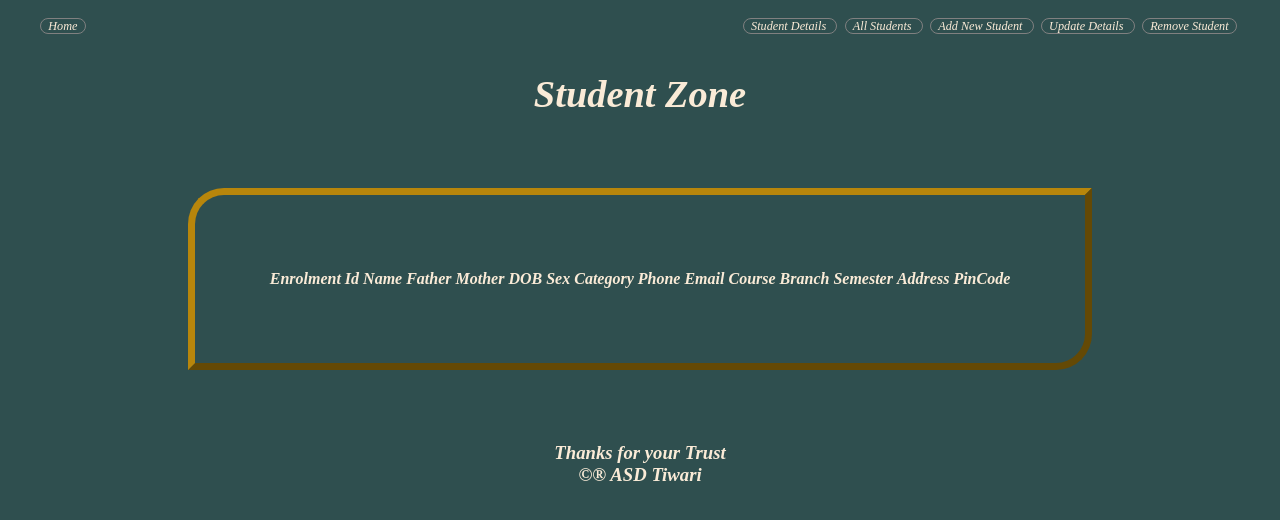
Repository: asdtiwari/Practice
Page: http://localhost/showAllInfo
The author's editor kept a copy of each file at every save. The page is drawn from the files as they stood at one save, then again after the next save.
The browser window is 1280 px wide. The pictures show the whole page.
The page is this project's Thymeleaf template; nobody is signed in. The template is opened directly, without the code that normally fills it, so the values that code supplies are empty.

Above is the page before, as saved 2023-11-17 03:17:38.

After the next save:
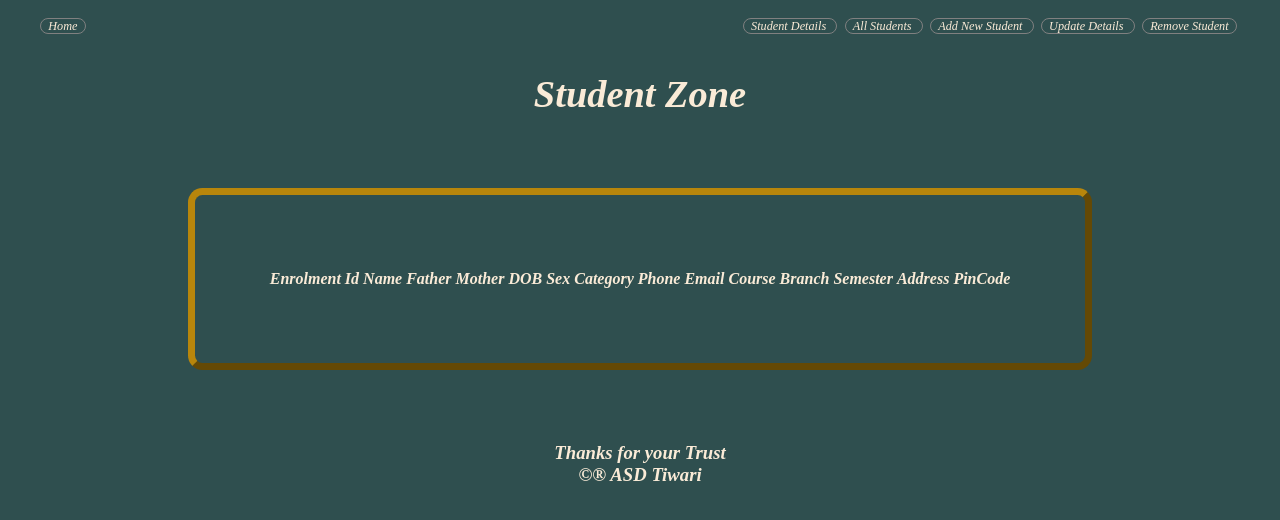
Saved 61 s later.
--- a/DiwaliProjectSTS/studentZone/src/main/resources/templates/showAllInfo.html
+++ b/DiwaliProjectSTS/studentZone/src/main/resources/templates/showAllInfo.html
@@ -66,8 +66,7 @@
 
             .table{
                 border: outset 1vh darkgoldenrod;
-                border-top-left-radius: 5vh;
-                border-bottom-right-radius: 5vh;
+                border-radius: 2vh;
                 margin-top: 10vh;
                 margin-bottom: 10vh;
                 padding: 10vh;
